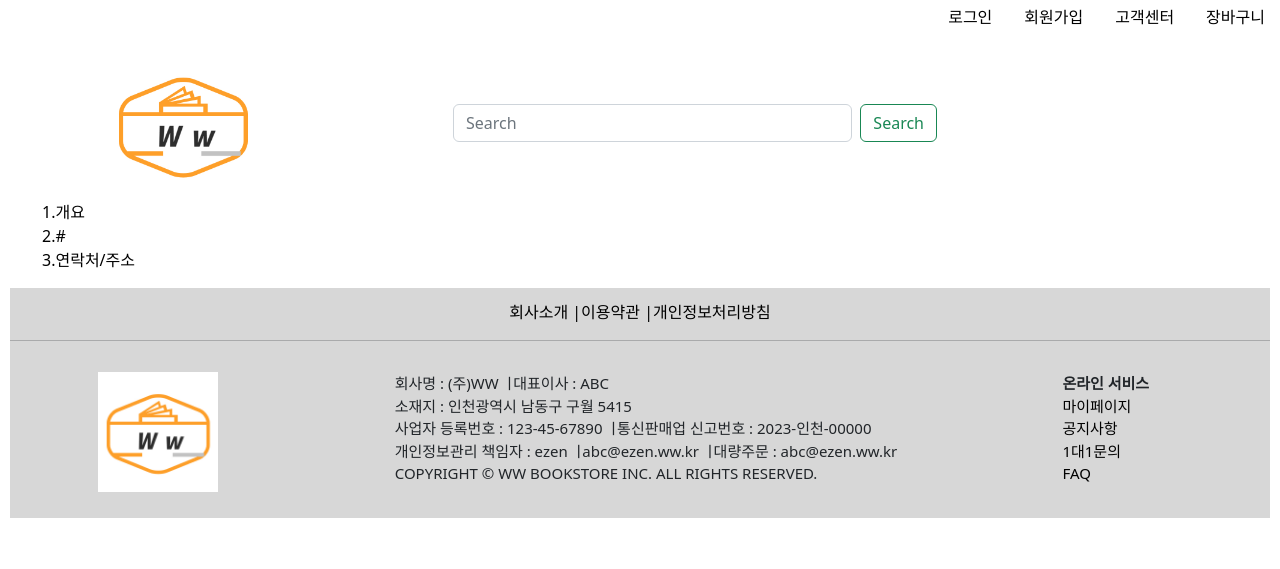
Repository: leehyeonung/project7
Page: http://localhost/book/WEB-INF/views/introduce.jsp
The author's editor kept a copy of each file at every save. The page is drawn from the files as they stood at one save, then again after the next save.
The browser window is 1280 px wide. The pictures show the whole page.
The page is served by Tomcat 9. Nobody is signed in. Other server files are loaded and not shown. The template is opened directly, without the code that normally fills it, so the values that code supplies are empty.

Above is the page before, as saved 2023-01-08 12:58:45.

### book/src/main/webapp/WEB-INF/views/introduce.jsp
<%@ page language="java" contentType="text/html; charset=UTF-8"
    pageEncoding="UTF-8"%>
        <%@ taglib uri="http://java.sun.com/jsp/jstl/core" prefix="c"%>
<!DOCTYPE html>
<html>
<head>
<meta charset="UTF-8">
<title>Insert title here</title>
<link rel="stylesheet" type="text/css" href="/resources/css/main.css">
<link rel="stylesheet" type="text/css" href="/resources/css/introduce.css">
</head>
<body>
<jsp:include page="./layout/header.jsp"></jsp:include>
<div class="main">
<div class="intro">
<ul>
	<li><a href="/content?content=okay1">1.개요</a></li>
	<li><a href="/content?content=okay2">2.#</a></li>
	<li><a href="/content?content=okay3">3.연락처/주소</a></li>
</ul>
</div>
<c:forEach items="${content}" var="content">
<c:choose>
 <c:when test="${content eq	'okay1' || content == 'main'}">

 <img alt="이미지 아직 없음" src="/resources/image/logo.jpg">


 	'ww'는 when where 의 약자로서 언제든 어디서든 노력한다는 뜻입니다.<br>
 	'ww'라는 브랜드에는 고객의 꿈을 위해 언제, 어디서든 노력한다는 기업정신이<br>
 	담겨 있습니다.

 	'ww'는 수 없이 많은 새로운 서비스를 전자상거래에 도입하였으며 우리가 도입하면<br>
 	 그것이 곧 업계의 표준이 되었습니다. 오늘도 'WW'는 혁신을 거듭하며 우리나라 <br>
 	 전자상거래의 역사를 새롭게 써나가고 있습니다.<br>
 	 <table>
 	 	<tr>
 	 	<th>회사명</th>
 	 	<td>(주)WW</td>
 	 	</tr>
 	 	<tr>
 	 	<th>대표이사</th>
 	 	<td>ABC</td>
 	 	</tr>
 	 	<tr>
 	 	<th>소재지 </th>
 	 	<td>인천광역시 남동구 구월 5415</td>
 	 	</tr>
 	 	<tr>
 	 	<th>사업자 등록번호</th>
 	 	<td>123-45-67890 </td>
 	 	</tr>
 	 	<tr>
 	 	<th>통신판매업 신고번호</th>
 	 	<td>2023-인천-00000</td>
 	 	</tr>
 	 	<tr>
 	 	<th>개인정보관리 책임자</th>
 	 	<td>ezen</td>
 	 	</tr>
 	 	<tr>
 	 	<th>대량주문</th>
 	 	<td>abc@ezen.ww.kr</td>
 	 	</tr>

 	 </table>
  </c:when>
 <c:when test="${content eq	'okay2'}">
 	okay2
  </c:when>
 <c:when test="${content eq	'okay3'}">
<pre>

WW 본사에서는 도서를 직접 판매하는 매장이 없으며, 온라인에서 주문하신 도서를 직접 찾아가실 수도 없습니다.
오프라인 중고 매장을 찾으시는 경우에는 중고매장 리스트를 참고하시기 바랍니다.(중고매장 리스트 바로가기>)


주소
도로명 : 인천 남동구 인하로 485 4층
지번 : 구월동 1465-1

찾아오는 길
[지하철]
인천 2호선 예술회관역 2번 출구로 나와서 20m 직진
인천 1호선 인천시청역 5번 출구로 나와서 500m 직진, 좌회전 200m
[버스]
예술회관 하차
파랑버스 (간선) : 42, 45
초록버스 (지선) : 534, 순환56
* 고객님의 배송 및 이용 문의는 고객지원센터 전화 (지역번호 없이)
  1544-2514 또는 1:1 문의를 이용해주십시오.
 </pre>
  </c:when>
  </c:choose>
  </c:forEach>
</div>
<jsp:include page="./layout/footer.jsp"></jsp:include>
</body>
</html>

### book/src/main/webapp/WEB-INF/views/layout/header.jsp
<%@ page language="java" contentType="text/html; charset=UTF-8"
    pageEncoding="UTF-8"%>
<%@ taglib uri="http://java.sun.com/jsp/jstl/core" prefix="c"%>
<!DOCTYPE html>
<html>
<head>
<meta charset="UTF-8">
<title>Insert title here</title>
<!-- CSS only -->
<link href="https://cdn.jsdelivr.net/npm/bootstrap@5.2.2/dist/css/bootstrap.min.css"
rel="stylesheet" integrity="sha384-Zenh87qX5JnK2Jl0vWa8Ck2rdkQ2Bzep5IDxbcnCeuOxjzrPF/et3URy9Bv1WTRi"
crossorigin="anonymous">
<link rel="stylesheet" type="text/css" href="/resources/css/header.css">
</head>
<body>
<div class="header">
    <div class="menu">
        <c:if test="${ses.mem_id ==null}">
        <ul><a href="/mem/loginPage">로그인</a></ul>
        <ul><a href="/mem/joinPage">회원가입</a></ul>
        </c:if>
        <c:if test="${ses.mem_id == 'admin' }">
        <ul><a href="/mem/logOut">로그아웃</a></ul>
        <ul><a href="/mem/adminpage">관리인페이지</a></ul>
        </c:if>
        <c:if test="${ses.mem_id !=null && ses.mem_id !='admin' }">
        <ul><a href="/mem/logOut">로그아웃</a></ul>
        <ul><a href="/mem/mypage">마이페이지</a></ul>
        </c:if>
        <ul><a href="#">고객센터</a></ul>
        <ul><a href="#">장바구니</a></ul>
    </div>
    <div class="bar">
       <div class="logo">
         <a href="/"><img src="/resources/image/logo.jpg" alt="로고"></a>
       </div>
         <div class="searchBar">
            <form class="d-flex" role="search">
                 <input class="form-control me-2" type="search" placeholder="Search" aria-label="Search">
                 <button class="btn btn-outline-success" type="submit">Search</button>
              </form>
         </div>
       <div class="icons">
         <a href=""><i class="fa-solid fa-cart-shopping"></i></a>
            <a href=""><i class="fa-solid fa-user"></i></a>
       </div>
    </div>
</div>
</body>
</html>

### book/src/main/webapp/WEB-INF/views/layout/footer.jsp
<%@ page language="java" contentType="text/html; charset=UTF-8"
   pageEncoding="UTF-8"%>
<!DOCTYPE html>
<html>
<head>
<meta charset="UTF-8">
<title>Insert title here</title>
<link rel="stylesheet" type="text/css" href="/resources/css/footer.css">

</head>

<body>
   <div class="footer">
      <div class="footer-top">
         <ul>
            <li><a href="/introduce">회사소개 | </a></li>
            <li><a href="">이용약관 | </a></li>
            <li><a href="">개인정보처리방침</a></li>
         </ul>
      </div>
      <hr>
      <div class="address">
         <div class="footer-logo">
            <img src="/resources/image/logo.jpg" alt="로고">
         </div>
         <div class="address-box">
            <ul>
               <li>회사명 : (주)WW <span style="margin-right: -7px;">ㅣ</span>
                  대표이사 : ABC
               </li>

               <li>소재지 : 인천광역시 남동구 구월 5415</li>
               <li>사업자 등록번호 : 123-45-67890 <span style="margin-right: -7px;">ㅣ</span>
                  통신판매업 신고번호 : 2023-인천-00000
               </li>

               <li>개인정보관리 책임자 : ezen <span style="margin-right: -7px;">ㅣ</span>
                  abc@ezen.ww.kr <span style="margin-right: -7px;">ㅣ</span> 대량주문 :
                  abc@ezen.ww.kr
               </li>

               <li>COPYRIGHT © WW BOOKSTORE INC. ALL RIGHTS RESERVED.</li>

            </ul>

         </div>
         <div class="online-serviceBar">
            <strong>온라인 서비스</strong>
            <ul>
               <li><a href="">마이페이지</a></li>
               <li><a href="">공지사항</a></li>
               <li><a href="">1대1문의</a></li>
               <li><a href="">FAQ</a></li>
            </ul>
         </div>
      </div>
   </div>

</body>
</html>

### book/src/main/webapp/resources/css/main.css
@charset "UTF-8";

.main{
	width:1260px;
	margin: 0 auto;
}

### book/src/main/webapp/resources/css/introduce.css
@charset "UTF-8";
.intro{
   display: flex;
   justify-content: flex-start;
}

### book/src/main/webapp/resources/css/header.css
body{
    margin:0 auto;
}
.header{
	margin:0 auto;
    width: 1260px;
    height: 200px;
   /*  background-color: pink; */
}
.menu{
   display: flex;
   justify-content: flex-end;
   padding:5px;

}
.logo{
    width: 150px;
    height: 150px;
    background-color: blue;
}
.logo>a>img{
    width: 150px;
    height: 150px;
}
.searchBar{
   /* position:absolute; */
    width: 484px;
    height: 42px;
    /* background-color: gold; */
    margin-top:54px;
    border-radius: 30px;

}
.bar{

   height: 150px;
   display: flex;
   flex-direction: row;
   flex-wrap:nowrap;
   justify-content:space-around;
/*    align-items: baseline; */


}
i{
    font-size: 42px;
    color: black;
    margin-top:54px;
    margin-right: 20px;
}
</style>

### book/src/main/webapp/resources/css/footer.css
.footer {
   width: 1260px;
   height: 230px;
   background-color: rgba(175, 175, 175, 0.5);
   margin: 0 auto;
}

.footer-logo {

   width: 120px;
   height: 120px;
   background-color: beige;
}
.footer-logo>img{
   width: 120px;
   height: 120px;
}

.address-box {
   text-align: left;
   padding: 0;
   margin: 0;
}

.address {
   padding: 15px;
   height: 150px;
   display: flex;
   font-size: 15px;
   /* align-items: baseline; */
   flex-direction: row;
   flex-wrap: nowrap;
   justify-content: space-around;
}

ul {
   list-style: none;
}

.footer, .address li {

}

.footer-top {
   text-align: center;
   padding-top: 12px;
}

.footer-top>ul {
   margin: 0;
   padding: 0;
   display: flex;
   justify-content: center;
}

.footer-top>li {
   margin: 0;
   padding: 0;
}

a {
   text-decoration-line: none;
   color: black;
}

a:visited {
   text-decoration: none;
}

a:hover {
   text-decoration: none;
}

a:focus {
   text-decoration: none;
}

a:hover, a:active {
   text-decoration: none;
}

.online-serviceBar {
   padding: 0px;
   margin-left: 20px;
   width: 120px;
   height: 120px;
}

.online-serviceBar>ul {
   margin: 0px;
   padding: 0px;
}

</style>

After the next save:
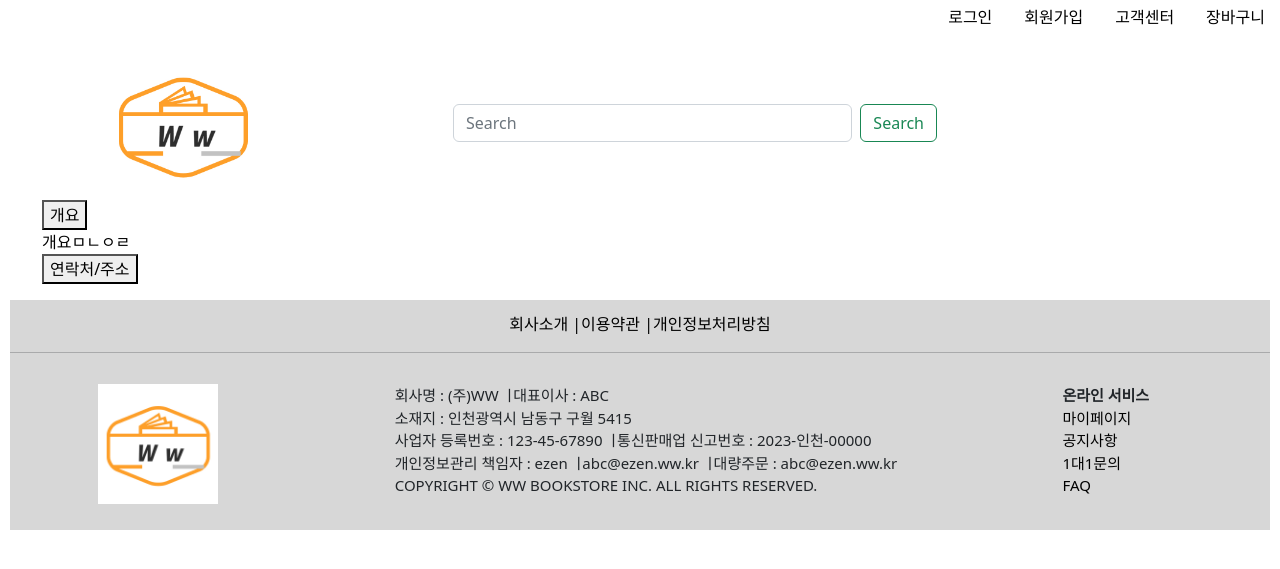
Saved 14 h 13 min later.
--- a/book/src/main/webapp/WEB-INF/views/introduce.jsp
+++ b/book/src/main/webapp/WEB-INF/views/introduce.jsp
@@ -14,9 +14,9 @@
 <div class="main">
 <div class="intro">
 <ul>
-	<li><a href="/content?content=okay1">1.개요</a></li>
-	<li><a href="/content?content=okay2">2.#</a></li>
-	<li><a href="/content?content=okay3">3.연락처/주소</a></li>
+	<li><a href="/content?content=okay1"><button>개요</button></a></li>
+	<li><a href="/content?content=okay2"<button>개요ㅁㄴㅇㄹ</button></a></li>
+	<li><a href="/content?content=okay3"><button>연락처/주소</button></a></li>
 </ul>
 </div>
 <c:forEach items="${content}" var="content">
